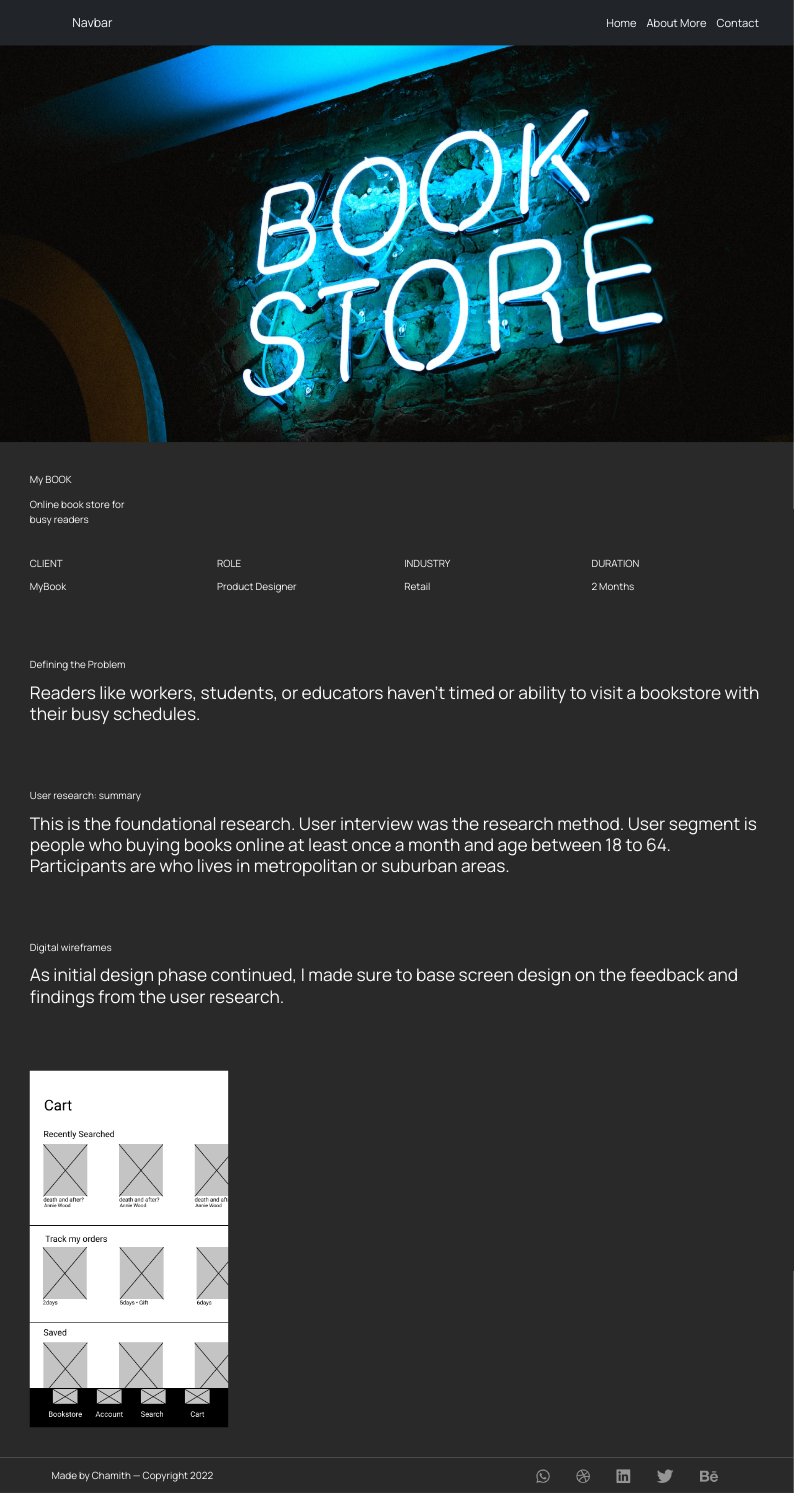
Repository: Realchamithweb/chamith-html
Page: work.html
An editor plug-in stored every save of this project. The page is shown before and after a run of saves, followed by the edit.
The browser window is 1280 px wide. The pictures show the whole page, at 62% of full size.

Above is the page before, as saved 2023-01-24 07:34:27.

After the next 2 saves:
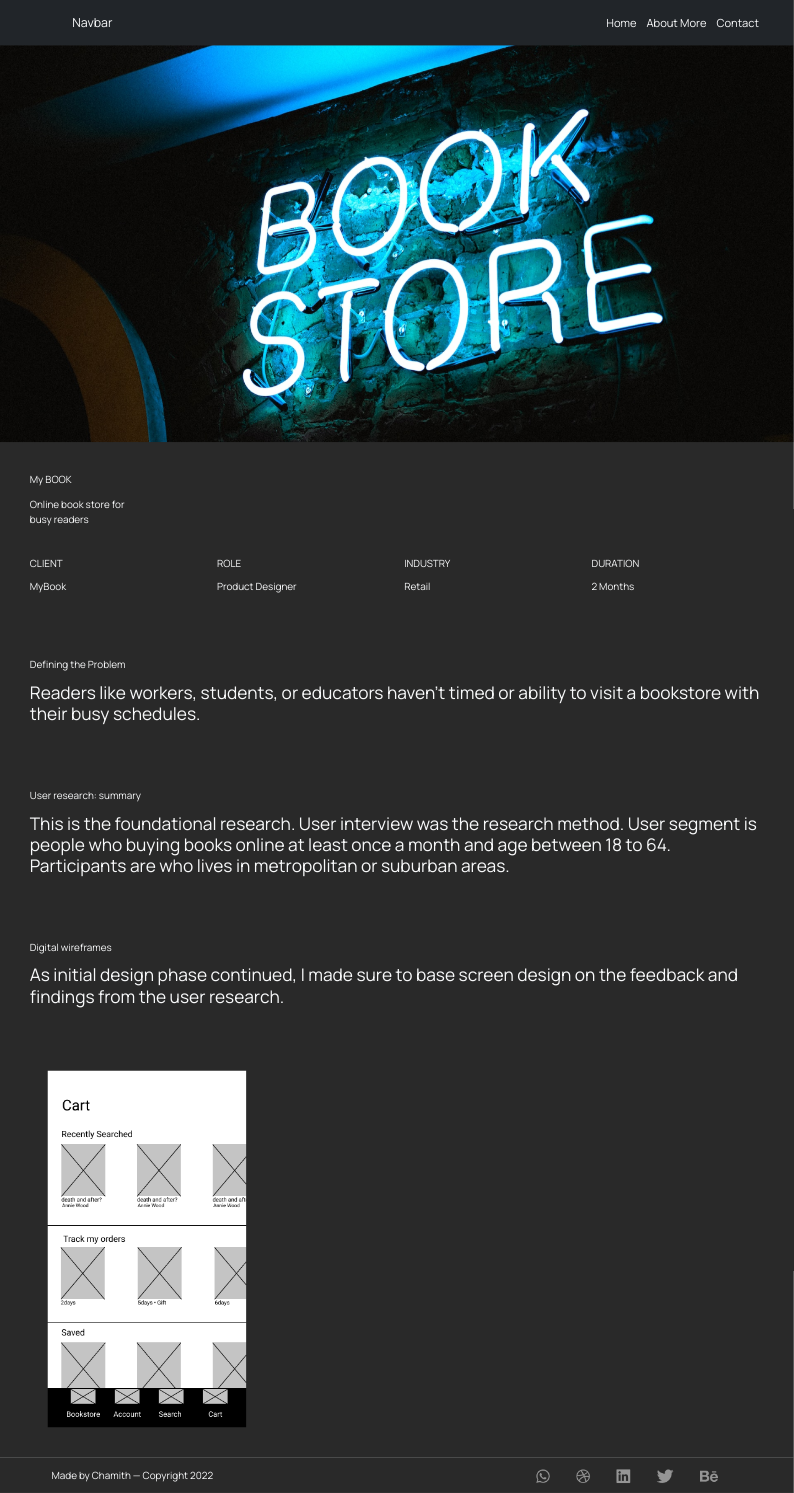
The 2 saves are shown as one change because they came seconds apart.
The last was saved 2 min 50 s later.
--- a/work.html
+++ b/work.html
@@ -95,7 +95,7 @@
             <section>
                 <div class="row p-5">
                     <div class="col-lg-4 mx-auto">
-                        <img src="/inc/Cart.png">
+                        <img src="/inc/Cart.png" class="img-fluid mx-auto d-block text-center">
                     </div>
                     <div class="col-lg-4">
 
